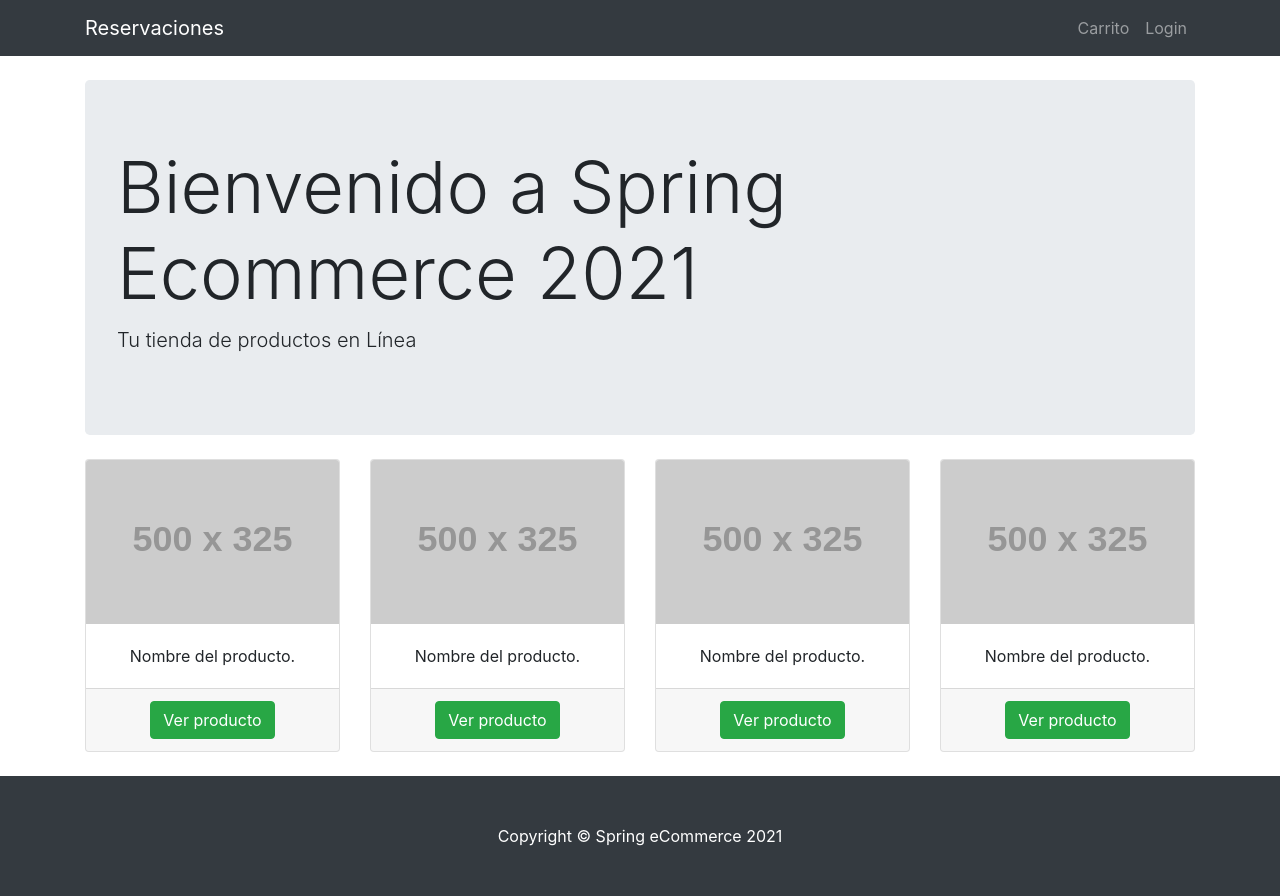
Repository: alexpool1122/Caso_Final_Laboratorio
Page: http://localhost/index
The author's editor kept a copy of each file at every save. The page is drawn from the files as they stood at one save, then again after the next save.
The browser window is 1280 px wide. The pictures show the whole page.
The page is this project's Thymeleaf template; nobody is signed in. Other server files are loaded and not shown. The template is opened directly, without the code that normally fills it, so the values that code supplies are empty.

Above is the page before, as saved 2023-11-23 09:31:31.

### CasoFinal/src/main/resources/templates/index.html
<!DOCTYPE html>
<html xmlns="http://www.w3.org/1999/xhtml" xmlns:th="http://www.thymeleaf.org">

<head>
	<meta charset="utf-8">
	<meta name="viewport" content="width=device-width, initial-scale=1, shrink-to-fit=no">
	<meta name="description" content="">
	<meta name="author" content="">
	<title>Reservas</title>

	<link th:href="@{vendor/bootstrap/css/bootstrap.min.css}" rel="stylesheet">

	<link th:href="@{css/heroic-features.css}" rel="stylesheet">

</head>

<body>

	<div th:include="templado_header_footer.html::header"></div>

	<!-- Page Content -->
	<div class="container">

		<!-- Jumbotron Header -->
		<header class="jumbotron my-4">
			<h1 class="display-3">Bienvenido a Spring Ecommerce 2021</h1>
			<p class="lead">Tu tienda de productos en Línea</p>
		</header>

		<!-- Page Features -->
		<div class="row text-center">

			<div class="col-lg-3 col-md-6 mb-4">
				<div class="card h-100">
					<img class="card-img-top" src="http://placehold.it/500x325" alt="">
					<div class="card-body">
						<p class="card-text">Nombre del producto.</p>
					</div>
					<div class="card-footer">
						<a href="productohome.html" class="btn btn-success">Ver producto</a>
					</div>
				</div>
			</div>

			<div class="col-lg-3 col-md-6 mb-4">
				<div class="card h-100">
					<img class="card-img-top" src="http://placehold.it/500x325" alt="">
					<div class="card-body">
						<p class="card-text">Nombre del producto.</p>
					</div>
					<div class="card-footer">
						<a href="#" class="btn btn-success">Ver producto</a>
					</div>
				</div>
			</div>

			<div class="col-lg-3 col-md-6 mb-4">
				<div class="card h-100">
					<img class="card-img-top" src="http://placehold.it/500x325" alt="">
					<div class="card-body">
						<p class="card-text">Nombre del producto.</p>
					</div>
					<div class="card-footer">
						<a href="#" class="btn btn-success">Ver producto</a>
					</div>
				</div>
			</div>
			<div class="col-lg-3 col-md-6 mb-4">
				<div class="card h-100">
					<img class="card-img-top" src="http://placehold.it/500x325" alt="">
					<div class="card-body">
						<p class="card-text">Nombre del producto.</p>
					</div>
					<div class="card-footer">
						<a href="#" class="btn btn-success">Ver producto</a>
					</div>
				</div>
			</div>

		</div>
		<!-- /.row -->

	</div>
	<!-- /.container -->

	<div th:include="templado_header_footer.html::footer"></div>


	<script th:src="@{vendor/jquery/jquery.min.js}"></script>
	<script th:src="@{vendor/bootstrap/js/bootstrap.bundle.min.js}"></script>

</body>

</html>

### CasoFinal/src/main/resources/templates/templado_header_footer.html
<!DOCTYPE html>
<html xmlns="http://www.w3.org/1999/xhtml" xmlns:th="http://www.thymeleaf.org">

<head>
	<meta charset="utf-8">
	<meta name="viewport" content="width=device-width, initial-scale=1, shrink-to-fit=no">
	<meta name="description" content="">
	<meta name="author" content="">
	<title>Reservas</title>

	<link th:href="@{vendor/bootstrap/css/bootstrap.min.css}" rel="stylesheet">

	<link th:href="@{css/heroic-features.css}" rel="stylesheet">

</head>

<body>

	<div th:fragment="header">
		<nav class="navbar navbar-expand-lg navbar-dark bg-dark fixed-top">
			<div class="container">
				<a class="navbar-brand" th:href="@{/Reserva}">Reservaciones</a>

				<div class="collapse navbar-collapse" id="navbarResponsive">
					<ul class="navbar-nav ml-auto">
						<li class="nav-item"><a class="nav-link" href="carrito.html">Carrito</a></li>
						<li class="nav-item"><a class="nav-link" href="login.html">Login</a></li>
					</ul>
				</div>
			</div>
		</nav>
	</div>

	<div th:fragment="footer">
		<footer class="py-5 bg-dark">
			<div class="container">
				<p class="m-0 text-center text-white">Copyright &copy; Spring eCommerce 2021</p>
			</div>

		</footer>
	</div>
	<script th:src="@{vendor/jquery/jquery.min.js}"></script>
	<script th:src="@{vendor/bootstrap/js/bootstrap.bundle.min.js}"></script>

</body>

</html>

Loaded but not shown: CasoFinal/src/main/resources/static/css/heroic-features.css (common file)

After the next save:
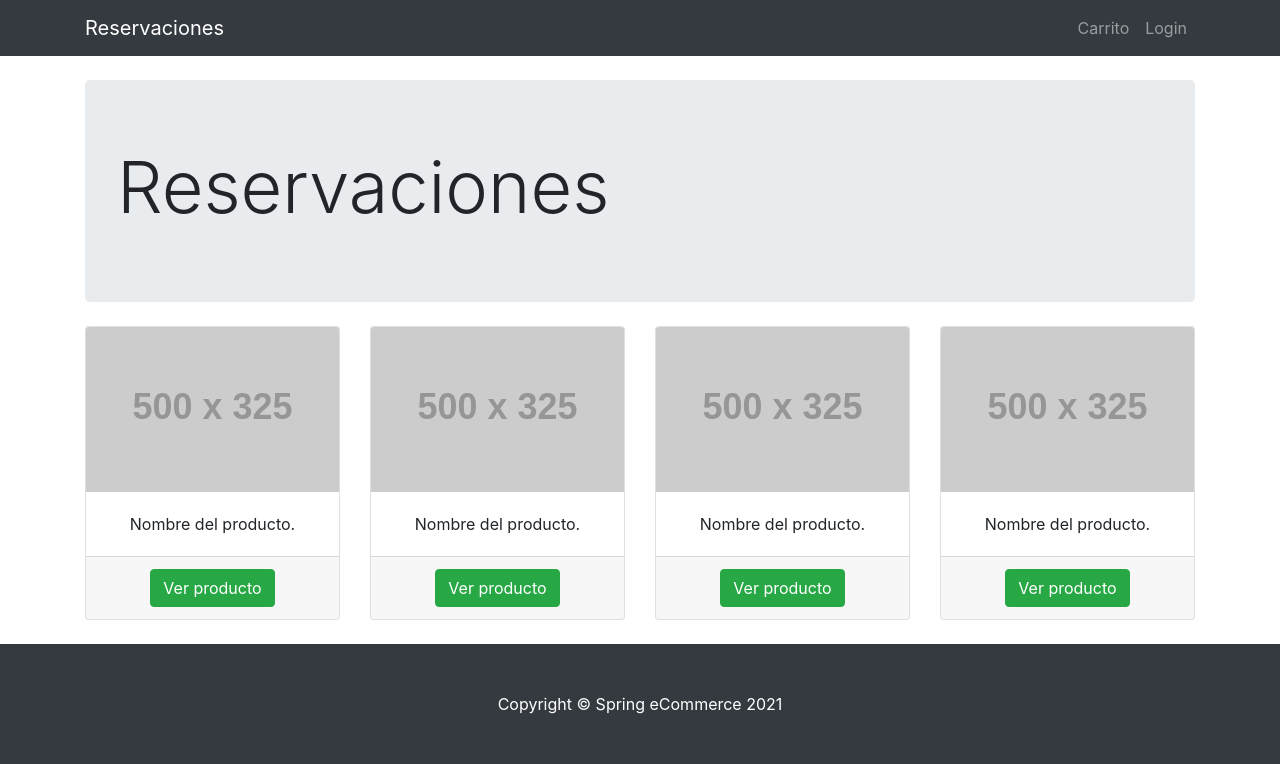
Saved 18 s later.
--- a/CasoFinal/src/main/resources/templates/index.html
+++ b/CasoFinal/src/main/resources/templates/index.html
@@ -23,8 +23,7 @@
 
 		<!-- Jumbotron Header -->
 		<header class="jumbotron my-4">
-			<h1 class="display-3">Bienvenido a Spring Ecommerce 2021</h1>
-			<p class="lead">Tu tienda de productos en Línea</p>
+			<h1 class="display-3">Reservaciones</h1>
 		</header>
 
 		<!-- Page Features -->
